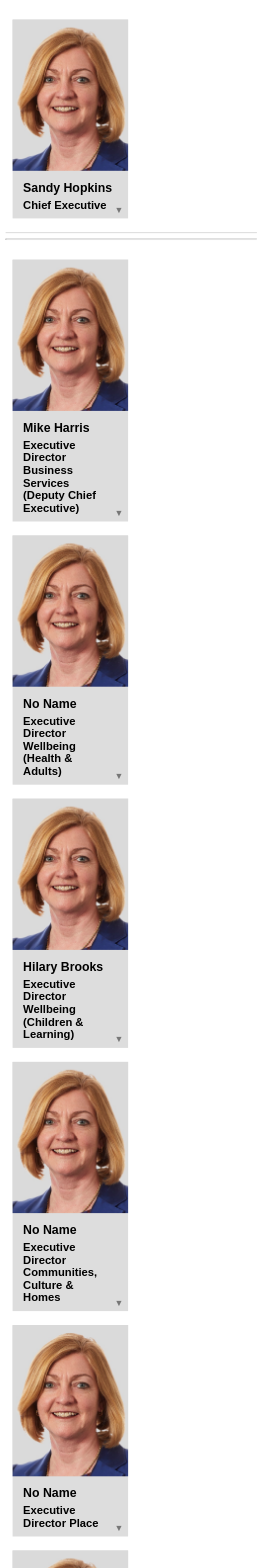
Repository: DigitalExperienceTeam/management
Page: index.html
The author's editor kept a record of every edit. The page is drawn from the files as they stood at one moment, then again after the next edit.
The browser window is 375 px wide. The pictures show the part of the page from y = 0 to 2240 px (the page is 2564 px tall before and 3888 px after), at 70% of full size.

Above is the page before.

### index.html
<!DOCTYPE html>
<html lang="en">

<head>
    <meta charset="UTF-8">
    <meta name="viewport" content="width=device-width, initial-scale=1.0">
    <meta http-equiv="X-UA-Compatible" content="ie=edge">
    <script src="https://ajax.googleapis.com/ajax/libs/jquery/3.4.1/jquery.min.js"></script>

    <script type="text/javascript" src="profiles.js"></script>

    <link rel="stylesheet" href="style.css" type="text/css" />
    <title>Document</title>
</head>

<body>
    <div class="profiles-wrapper">
        <div class="profile lighter">
               <img class="profile-pic" src="sandy.jpg">
            <div class="details">
                <p class="name">Sandy Hopkins</p>
                <p class="title">Chief Executive<span class="more">&#9660;</span></p>
            </div>
            <div class="bio">
                <p>Lorem ipsum dolor sit amet, consectetur adipiscing elit. Nunc quis feugiat magna, non vehicula purus. Sed quis enim et dolor tempor aliquet. Proin a tincidunt ligula, nec rhoncus risus. Aliquam ut magna ac nisl dapibus lobortis ut molestie eros. Maecenas ornare quam vel accumsan congue. Curabitur mattis, odio non rhoncus tempor, diam elit convallis lacus, quis feugiat est lectus sit amet mi. Donec at ex in turpis luctus blandit sit amet eu eros. Nullam a libero turpis. Nullam mattis id est ut suscipit. Donec hendrerit turpis sed ligula hendrerit commodo.</p>
<p>Cras sed vulputate libero. Nam rhoncus quam turpis, vitae eleifend velit ornare a. Donec sollicitudin leo id nunc faucibus, imperdiet porttitor ex dictum. Nam condimentum nibh porta ligula molestie rhoncus. Sed pellentesque lacinia nisi ut finibus. Fusce facilisis scelerisque facilisis. Sed consequat quam nec lectus faucibus lacinia.</p>
<div class="less">&#9650;</div>
            </div>
        </div>

    </div>
    <hr class="profile-divider"></hr>


    <div class="profiles-wrapper">


                 <div class="profile lighter">
               <img class="profile-pic" src="sandy.jpg">
            <div class="details">
                <p class="name">Mike Harris</p>
                <p class="title">Executive Director Business Services (Deputy Chief Executive)<span class="more">&#9660;</span></p>
            </div>
            <div class="bio">
                <p>Lorem ipsum dolor sit amet, consectetur adipiscing elit. Nunc quis feugiat magna, non vehicula purus. Sed quis enim et dolor tempor aliquet. Proin a tincidunt ligula, nec rhoncus risus. Aliquam ut magna ac nisl dapibus lobortis ut molestie eros. Maecenas ornare quam vel accumsan congue. Curabitur mattis, odio non rhoncus tempor, diam elit convallis lacus, quis feugiat est lectus sit amet mi. Donec at ex in turpis luctus blandit sit amet eu eros. Nullam a libero turpis. Nullam mattis id est ut suscipit. Donec hendrerit turpis sed ligula hendrerit commodo.</p>
<p>Cras sed vulputate libero. Nam rhoncus quam turpis, vitae eleifend velit ornare a. Donec sollicitudin leo id nunc faucibus, imperdiet porttitor ex dictum. Nam condimentum nibh porta ligula molestie rhoncus. Sed pellentesque lacinia nisi ut finibus. Fusce facilisis scelerisque facilisis. Sed consequat quam nec lectus faucibus lacinia.</p>
<div class="less">&#9650;</div>
            </div>
        </div>
         <div class="profile lighter">
            <img class="profile-pic" src="sandy.jpg">
            <div class="details">
                <p class="name">No Name</p>
                <p class="title">Executive Director Wellbeing (Health & Adults)<span class="more">&#9660;</span></p>
            </div>
            <div class="bio">
                <p>Lorem ipsum dolor sit amet, consectetur adipiscing elit. Nunc quis feugiat magna, non vehicula purus. Sed quis enim et dolor tempor aliquet. Proin a tincidunt ligula, nec rhoncus risus. Aliquam ut magna ac nisl dapibus lobortis ut molestie eros. Maecenas ornare quam vel accumsan congue. Curabitur mattis, odio non rhoncus tempor, diam elit convallis lacus, quis feugiat est lectus sit amet mi. Donec at ex in turpis luctus blandit sit amet eu eros. Nullam a libero turpis. Nullam mattis id est ut suscipit. Donec hendrerit turpis sed ligula hendrerit commodo.</p>
<p>Cras sed vulputate libero. Nam rhoncus quam turpis, vitae eleifend velit ornare a. Donec sollicitudin leo id nunc faucibus, imperdiet porttitor ex dictum. Nam condimentum nibh porta ligula molestie rhoncus. Sed pellentesque lacinia nisi ut finibus. Fusce facilisis scelerisque facilisis. Sed consequat quam nec lectus faucibus lacinia.</p>
<div class="less">&#9650;</div>
            </div>
        </div>
            <div class="profile lighter">
               <img class="profile-pic" src="sandy.jpg">
            <div class="details">
                <p class="name">Hilary Brooks</p>
                <p class="title">Executive Director Wellbeing (Children & Learning)<span class="more">&#9660;</span></p>
            </div>
            <div class="bio">
                <p>Lorem ipsum dolor sit amet, consectetur adipiscing elit. Nunc quis feugiat magna, non vehicula purus. Sed quis enim et dolor tempor aliquet. Proin a tincidunt ligula, nec rhoncus risus. Aliquam ut magna ac nisl dapibus lobortis ut molestie eros. Maecenas ornare quam vel accumsan congue. Curabitur mattis, odio non rhoncus tempor, diam elit convallis lacus, quis feugiat est lectus sit amet mi. Donec at ex in turpis luctus blandit sit amet eu eros. Nullam a libero turpis. Nullam mattis id est ut suscipit. Donec hendrerit turpis sed ligula hendrerit commodo.</p>
<p>Cras sed vulputate libero. Nam rhoncus quam turpis, vitae eleifend velit ornare a. Donec sollicitudin leo id nunc faucibus, imperdiet porttitor ex dictum. Nam condimentum nibh porta ligula molestie rhoncus. Sed pellentesque lacinia nisi ut finibus. Fusce facilisis scelerisque facilisis. Sed consequat quam nec lectus faucibus lacinia.</p>
<div class="less">&#9650;</div>
            </div>
        </div>

          <div class="profile lighter">
               <img class="profile-pic" src="sandy.jpg">
            <div class="details">
                <p class="name">No Name</p>
                <p class="title">Executive Director Communities, Culture & Homes<span class="more">&#9660;</span></p>
            </div>
            <div class="bio">
                <p>Lorem ipsum dolor sit amet, consectetur adipiscing elit. Nunc quis feugiat magna, non vehicula purus. Sed quis enim et dolor tempor aliquet. Proin a tincidunt ligula, nec rhoncus risus. Aliquam ut magna ac nisl dapibus lobortis ut molestie eros. Maecenas ornare quam vel accumsan congue. Curabitur mattis, odio non rhoncus tempor, diam elit convallis lacus, quis feugiat est lectus sit amet mi. Donec at ex in turpis luctus blandit sit amet eu eros. Nullam a libero turpis. Nullam mattis id est ut suscipit. Donec hendrerit turpis sed ligula hendrerit commodo.</p>
<p>Cras sed vulputate libero. Nam rhoncus quam turpis, vitae eleifend velit ornare a. Donec sollicitudin leo id nunc faucibus, imperdiet porttitor ex dictum. Nam condimentum nibh porta ligula molestie rhoncus. Sed pellentesque lacinia nisi ut finibus. Fusce facilisis scelerisque facilisis. Sed consequat quam nec lectus faucibus lacinia.</p>
<div class="less">&#9650;</div>
            </div>
        </div>

          <div class="profile lighter">
            <img class="profile-pic" src="sandy.jpg">
            <div class="details">
                <p class="name">No Name</p>
                <p class="title">Executive Director Place<span class="more">&#9660;</span></p>
            </div>
            <div class="bio">
                <p>Lorem ipsum dolor sit amet, consectetur adipiscing elit. Nunc quis feugiat magna, non vehicula purus. Sed quis enim et dolor tempor aliquet. Proin a tincidunt ligula, nec rhoncus risus. Aliquam ut magna ac nisl dapibus lobortis ut molestie eros. Maecenas ornare quam vel accumsan congue. Curabitur mattis, odio non rhoncus tempor, diam elit convallis lacus, quis feugiat est lectus sit amet mi. Donec at ex in turpis luctus blandit sit amet eu eros. Nullam a libero turpis. Nullam mattis id est ut suscipit. Donec hendrerit turpis sed ligula hendrerit commodo.</p>
<p>Cras sed vulputate libero. Nam rhoncus quam turpis, vitae eleifend velit ornare a. Donec sollicitudin leo id nunc faucibus, imperdiet porttitor ex dictum. Nam condimentum nibh porta ligula molestie rhoncus. Sed pellentesque lacinia nisi ut finibus. Fusce facilisis scelerisque facilisis. Sed consequat quam nec lectus faucibus lacinia.</p>
<div class="less">&#9650;</div>
            </div>
        </div>



           <div class="profile lighter">
              <img class="profile-pic" src="sandy.jpg">
            <div class="details">
                <p class="name">John Harrison</p>
                <p class="title">Executive Director Finance<span class="more">&#9660;</span></p>
            </div>
            <div class="bio">
                <p>Lorem ipsum dolor sit amet, consectetur adipiscing elit. Nunc quis feugiat magna, non vehicula purus. Sed quis enim et dolor tempor aliquet. Proin a tincidunt ligula, nec rhoncus risus. Aliquam ut magna ac nisl dapibus lobortis ut molestie eros. Maecenas ornare quam vel accumsan congue. Curabitur mattis, odio non rhoncus tempor, diam elit convallis lacus, quis feugiat est lectus sit amet mi. Donec at ex in turpis luctus blandit sit amet eu eros. Nullam a libero turpis. Nullam mattis id est ut suscipit. Donec hendrerit turpis sed ligula hendrerit commodo.</p>
<p>Cras sed vulputate libero. Nam rhoncus quam turpis, vitae eleifend velit ornare a. Donec sollicitudin leo id nunc faucibus, imperdiet porttitor ex dictum. Nam condimentum nibh porta ligula molestie rhoncus. Sed pellentesque lacinia nisi ut finibus. Fusce facilisis scelerisque facilisis. Sed consequat quam nec lectus faucibus lacinia.</p>
<div class="less">&#9650;</div>
            </div>
        </div>





    </div>

</body>

</html>

### profiles.js
$(document).ready(function() {

    $(document).mouseup(function(e)
{
    var container = $(".profile");

    // if the target of the click isn't the container nor a descendant of the container
    if (!container.is(e.target) && container.has(e.target).length === 0)
    {
        $(".bio").slideUp(600);
        $(".profile-pic").removeClass("faded");
        $(".bio").removeClass("darker").addClass("lighter");
        $(".profile").removeClass("darker").addClass("lighter");


    }
});

    $(".profile").click(function() {

        if ( $(this).find(".profile-pic").hasClass("faded")){
            $(this).find(".profile-pic").removeClass("faded");
            $(".profile-pic").not($(this).children()).addClass("faded");

        }

      else {
            $(".profile-pic").not($(this).children()).toggleClass("faded");
      }

        $(this).find(".bio").slideToggle(600);

        $(this).find(".more").fadeToggle(600);

        $(".more").not($(this).children()).show();

        $(".bio").not($(this).children()).slideUp(600);



       $(this).toggleClass("lighter").toggleClass("darker");

      $(".profile").not($(this)).removeClass("darker").addClass("lighter");


       $(this).find(".bio").removeClass("lighter").addClass("darker");


       $(".bio").not($(this).children()).removeClass("darker").addClass("lighter");

    });





});

### style.css
body {
    max-width: 871px;
    font-family: "franklin-gothic-urw",sans-serif;
}

.profiles-wrapper {
    padding: 10px 0;
    display: flex;
    flex-wrap: wrap;
    border-bottom: 1px solid #ccc;
    justify-content: center;
    border-bottom: 1px solid #ccc;
}



.profile {
    box-sizing: border-box;
    width: 29%;
    margin: 15px;
    cursor: pointer;
    display: inline-block;
    vertical-align: top;
    position: relative;
}

.profile:hover {
    background: #ccc;
    transition: 0.4s all;
}


.faded {
    opacity:0.6;
}

.lighter {
    background: #ddd;
}

.darker {
    background: #ccc;
}


.details {
    padding: 5px 15px 10px 15px;
}

.profile img {
    max-width: 100%;
}

.name {
    font-weight: bold;
    font-size: 1.1em;
    margin: 5px 0 0 0;
}

.title {
    font-weight: bold;
     margin: 5px 0 0 0;
     padding-right: 10px;
}

.more {
    float: right;
    color: #777;
    font-family: "Arial Black", Gadget, sans-serif;
    position: absolute;
    right: 7px;
    bottom: 5px;
    font-size: 0.8em;
}

.bio {
    display: none;
    padding: 0 15px 10px 15px;
   position: absolute;
    z-index: 1000;
    font-size: 0.9em;
    box-shadow: 0 10px 10px -2px white;
}

.less {
    text-align: right;
    color: #777;
    font-family: "Arial Black", Gadget, sans-serif;
}

@media only screen and (max-width: 726px) {
 .profiles-wrapper {
    justify-content: flex-start;
}

.profile {
    width: 47%;
    margin: 10px;
}

.profiles-wrapper>.profile:nth-of-type(even) {
margin: 10px 5px 10px 10px;
}

}

@media only screen and (max-width: 615px) {


.profile {
    width: 46%;
}
}

@media only screen and (max-width: 470px) {

.profile {
    width: 46%;
}

}

After the next edit:
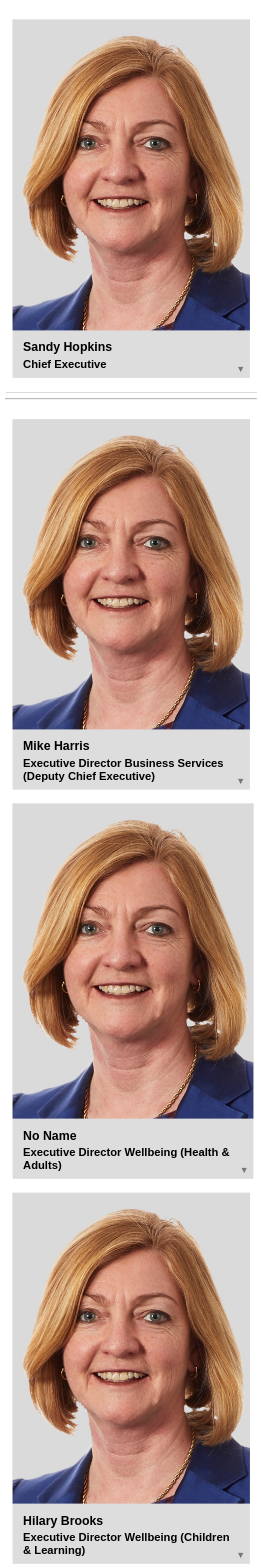
The edit:
--- a/style.css
+++ b/style.css
@@ -115,7 +115,16 @@
 @media only screen and (max-width: 470px) {
 
 .profile {
-    width: 46%;
+    width: 45%;
 }
 
+
+
+@media only screen and (max-width: 470px) {
+
+.profile {
+    width: 100%;
 }
+
+
+}
